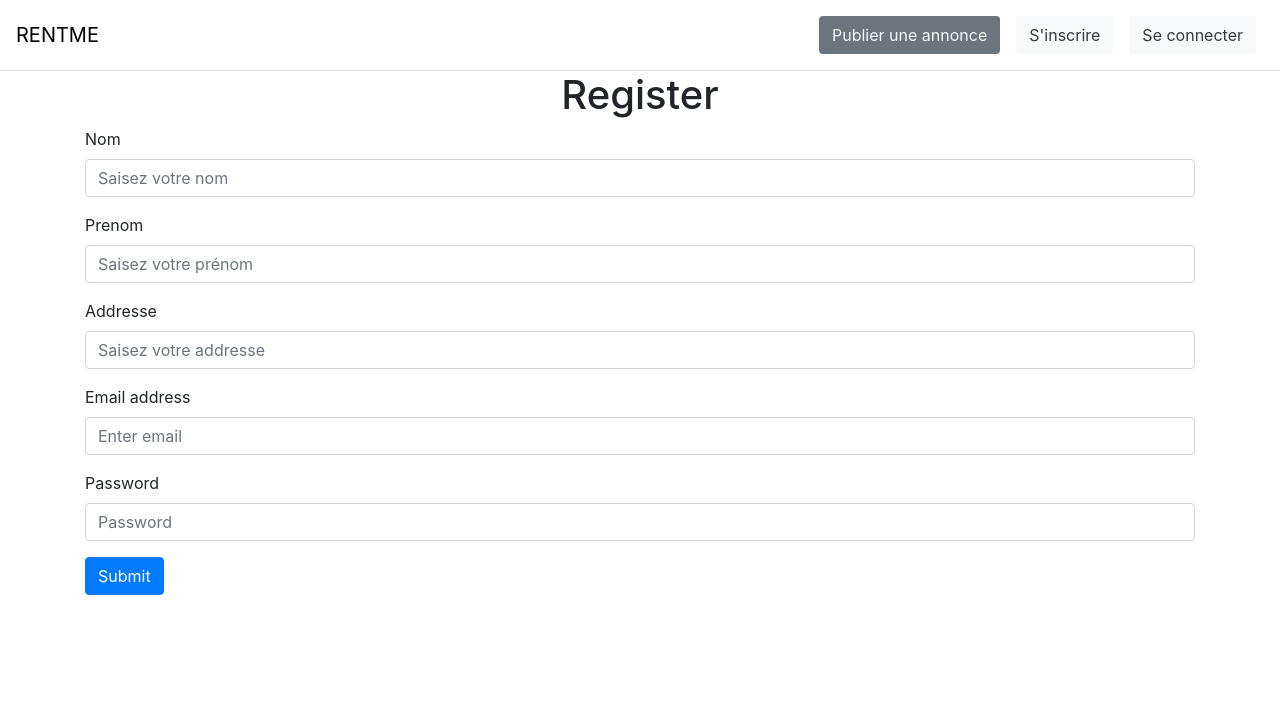
Repository: johan1412/rentme-front
Page: /register
These files come from the project's save history. The page is drawn as it stood at one moment and after the next save; the edit follows.
The browser window is 1280 px wide. The pictures show the whole page.
The page's requests for data from a server got no answer. The project was rebuilt for these pictures with package versions that can differ from the ones it lists, and the page was loaded fresh each time. No one was signed in, and anything a server would have sent is missing. Also part of the build but not shown: vue.config.js, src/components/form/LoginForm.vue, src/components/pages/common/auth/LoginPage.vue.

Above is the page before, as saved 2022-01-05 03:30:28.

After the next save:
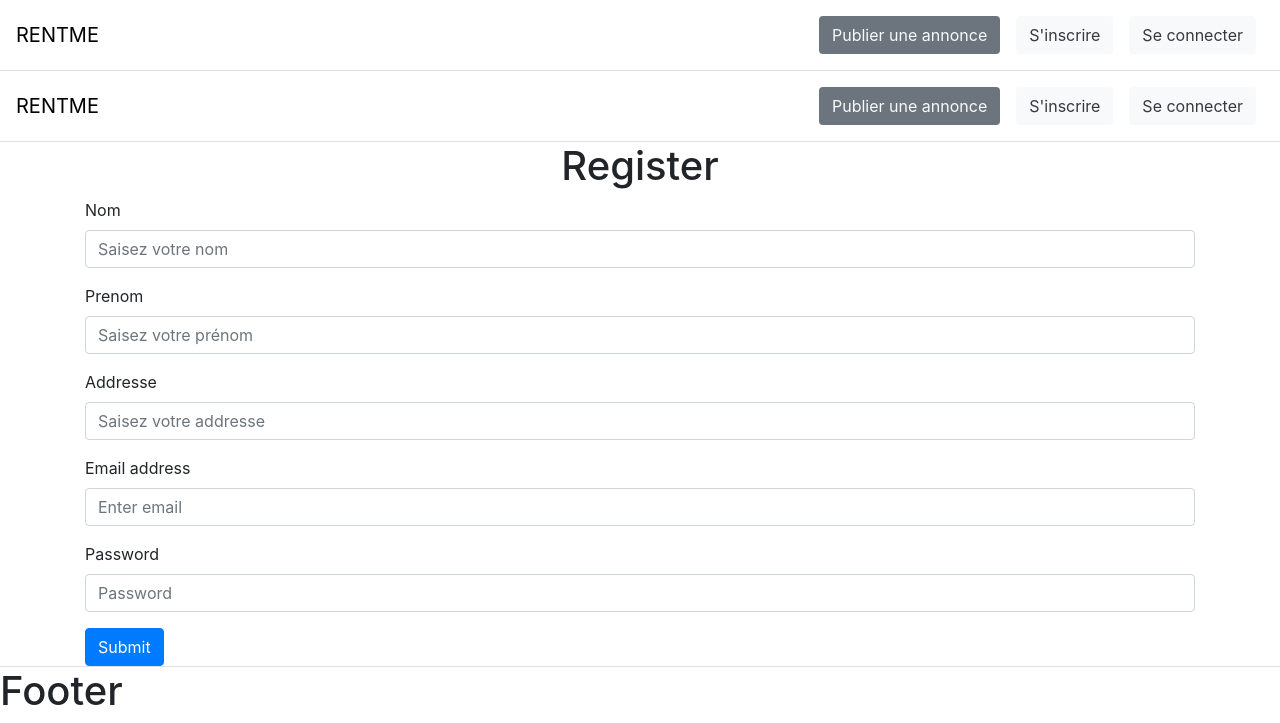
Saved 117 s later.
--- a/src/App.vue
+++ b/src/App.vue
@@ -1,10 +1,29 @@
 <template>
+  <base-layout>
     <router-view />
+  </base-layout>
 </template>
 <script>
-
+import BaseLayout from "./components/layout/BaseLayout.vue";
+import AuthService from "./services/AuthService";
 
 export default {
-  name: "App"
+  components: { BaseLayout },
+  name: "App",
+  data() {
+    return  {
+    user: null,
+  }
+  },
+  created() {
+    AuthService.getUser(localStorage.getItem('userId'))
+        .then((response) => {
+          this.user = response.data
+          console.log(response.data);
+        })
+        .catch((e) => {
+          console.log(e);
+        });
+  },
 };
 </script>
